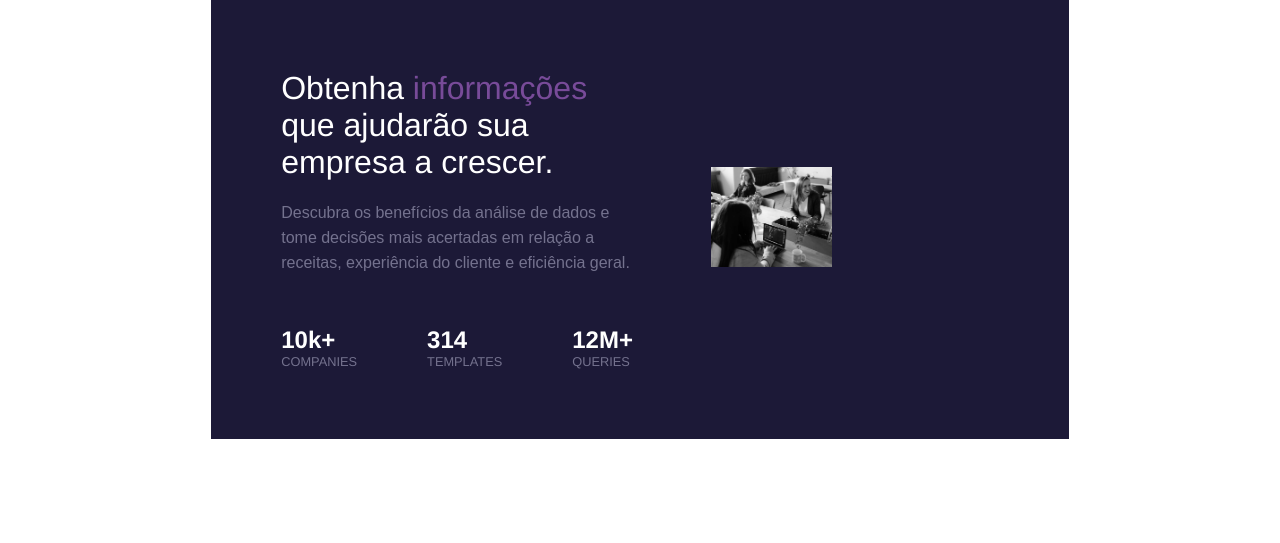
Repository: caique2512/componentes-de-estatisticas
Page: index.html
An editor plug-in stored every save of this project. The page is shown before and after the next save, followed by the edit.
The browser window is 1280 px wide. The pictures show the whole page.

Above is the page before, as saved 2026-03-03 17:44:05.

After the next save:
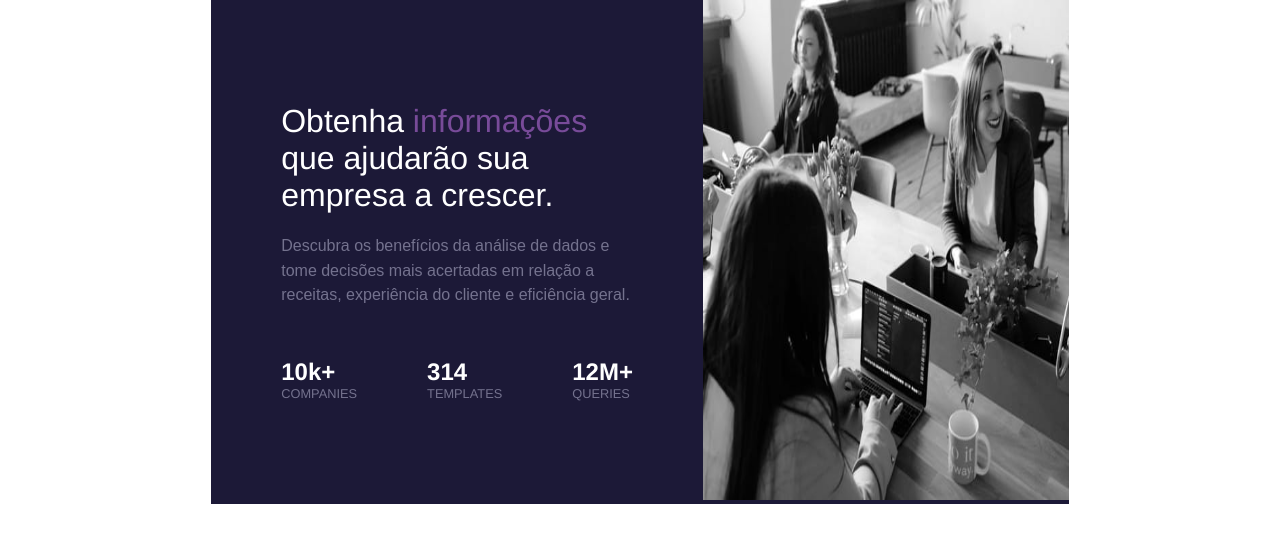
Saved 11 s later.
--- a/src/estilos.css
+++ b/src/estilos.css
@@ -51,5 +51,5 @@
 
 .conteudo .img img {
     width: 100%;
-    height: 100px;
+    height: 500px;
 }
